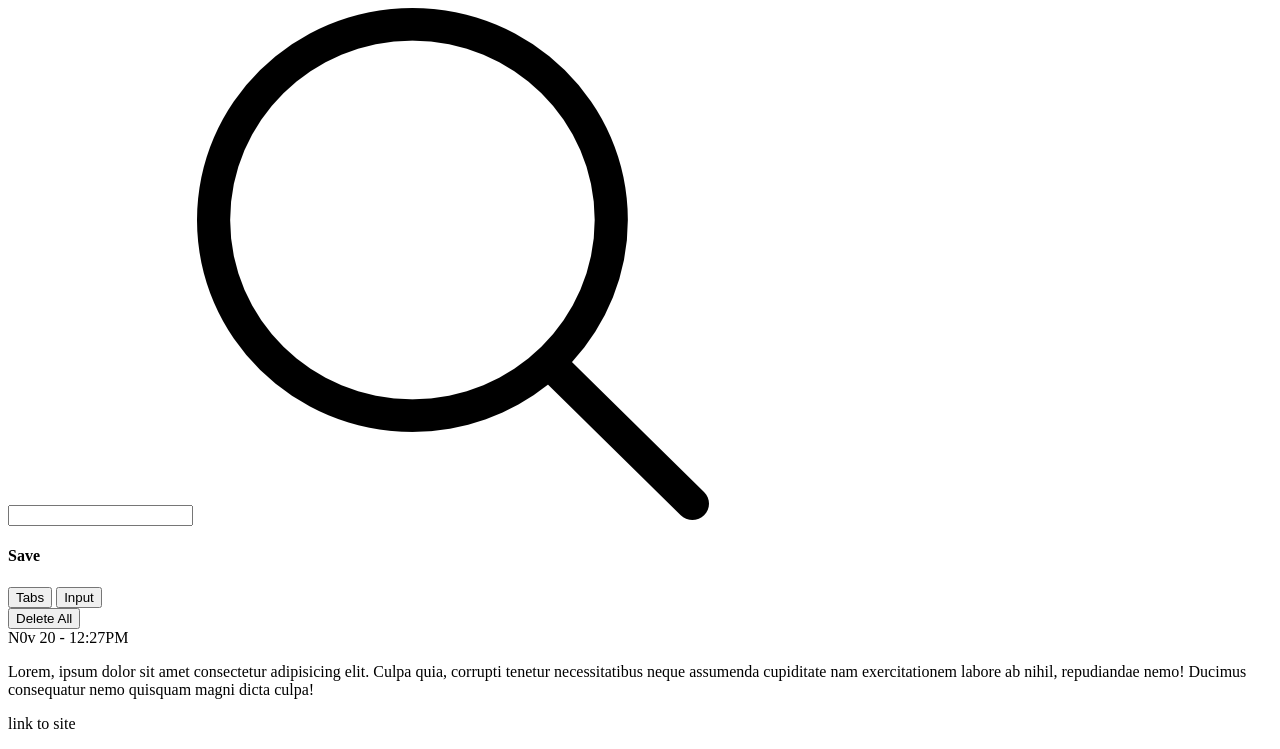
Repository: IdowuMicheal-1/Text-Tab-Organizer
Page: popup.html
The author's editor kept a copy of each file at every save. The page is drawn from the files as they stood at one save, then again after a run of saves.
The browser window is 1280 px wide. The pictures show the whole page.

Above is the page before, as saved 2025-05-14 09:43:24.

After the next 3 saves:
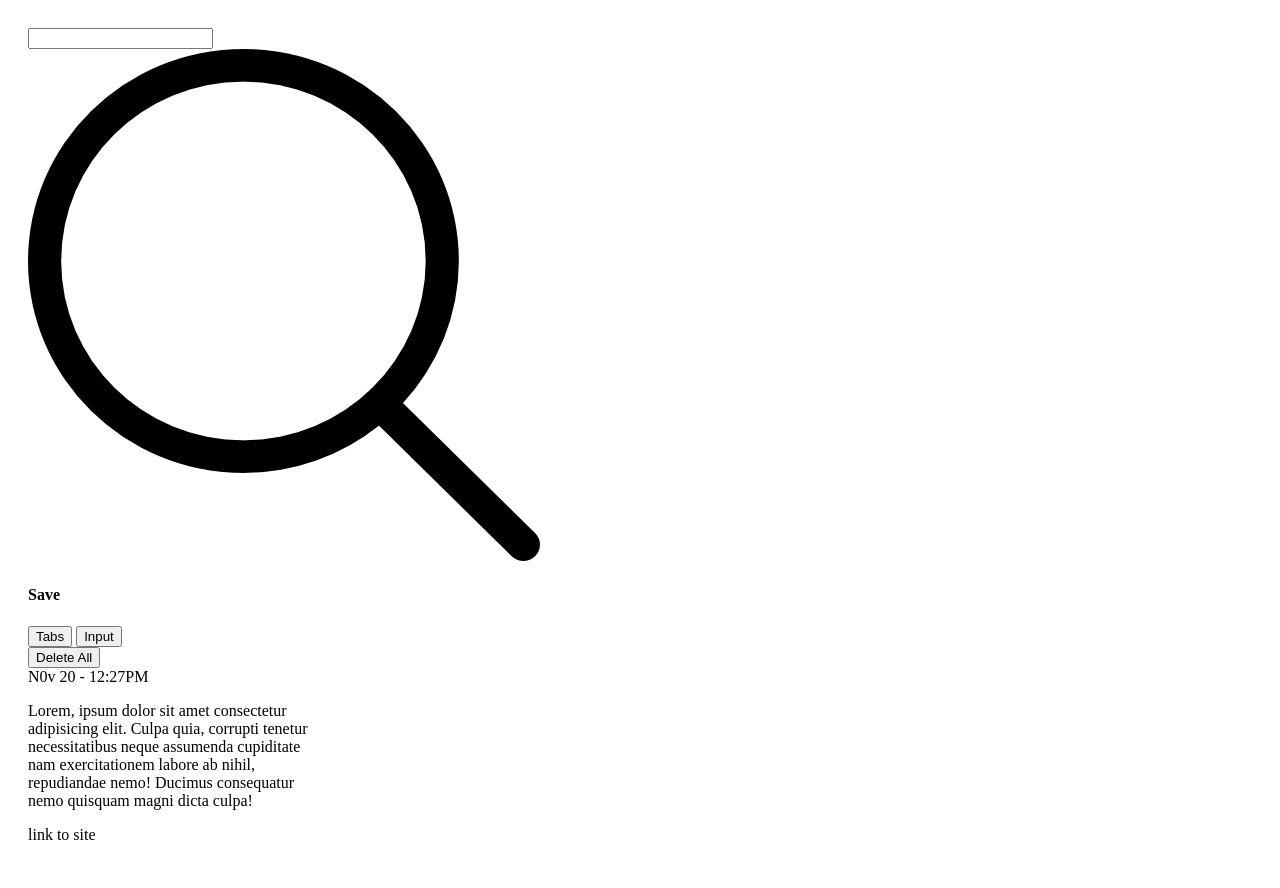
The 3 saves are shown as one change because they came seconds apart.
The last was saved 11 s later.
--- a/popup.css
+++ b/popup.css
@@ -1,3 +1,4 @@
 body{
-    width: ;
+    width: 300px;
+    padding: 20px;
 }
